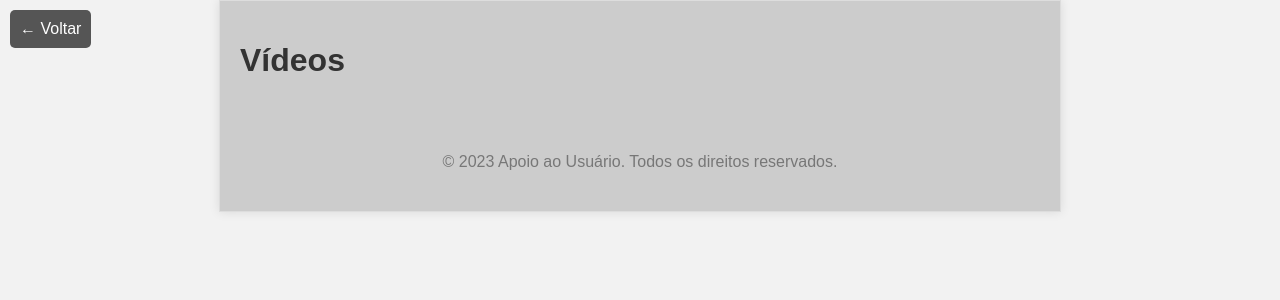
Repository: I4guito/dicasdez
Page: Dicas site/Dicas/sobrevideos.html
An editor plug-in stored every save of this project. The page is shown before and after a run of saves, followed by the edit.
The browser window is 1280 px wide. The pictures show the whole page.

Above is the page before, as saved 2023-12-07 15:31:47.

After the next 2 saves:
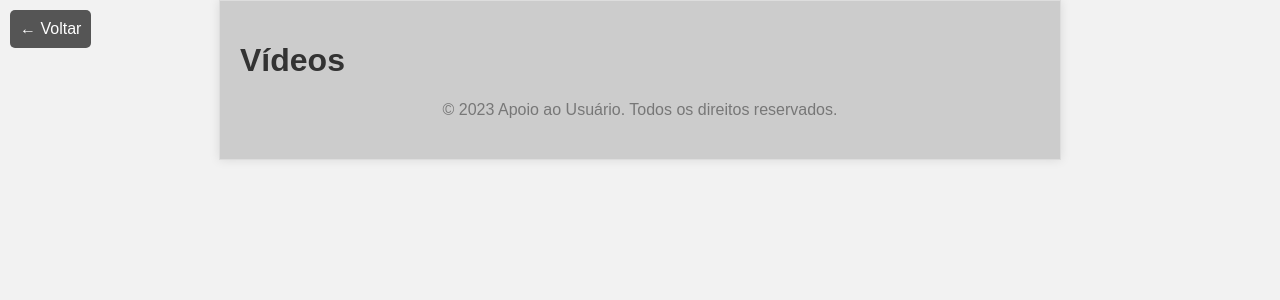
The 2 saves are shown as one change because they came seconds apart.
The last was saved 10 s later.
--- a/Dicas site/Dicas/sobrevideos.html
+++ b/Dicas site/Dicas/sobrevideos.html
@@ -13,15 +13,8 @@
         <a href="javascript:history.back()" class="voltar-btn">&#8592; Voltar</a>
             <h1> Vídeos </h1>
         </header>
-        <section>
-            <h2>  </h2>
-            <ul>
-                <li></li>
-                <li></li>
-            </ul>
-        </section><br>
 
-    </section><br>
+
 
         <footer>
             <p>&copy; 2023 Apoio ao Usuário. Todos os direitos reservados.</p>
